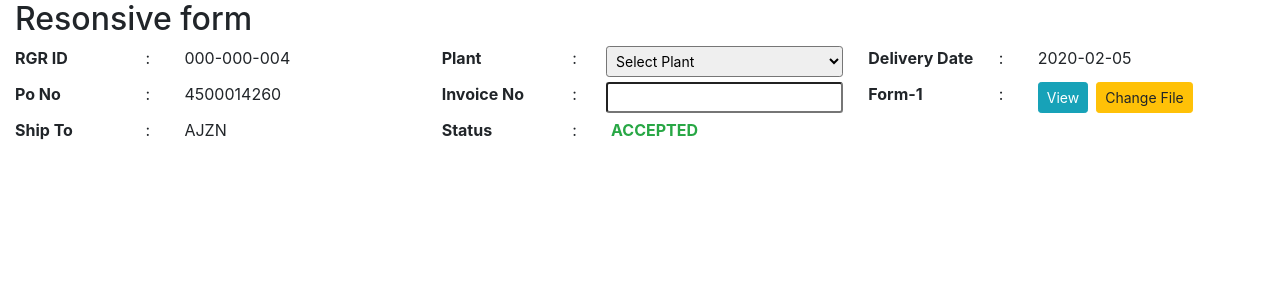
Repository: karthikairasu/Others_work
Page: form.html
These files come from the project's save history. The page is drawn as it stood at one moment and after the next save; the edit follows.
The browser window is 1280 px wide. The pictures show the whole page.

Above is the page before, as saved 2020-06-28 20:21:18.

### form.html
<!DOCTYPE html>
<html lang="en">
  <head>
    <title>Bootstrap Example</title>
    <meta charset="utf-8" />
    <meta name="viewport" content="width=device-width, initial-scale=1" />
    <link
      rel="stylesheet"
      href="https://maxcdn.bootstrapcdn.com/bootstrap/4.5.0/css/bootstrap.min.css"
    />
    <script src="https://ajax.googleapis.com/ajax/libs/jquery/3.5.1/jquery.min.js"></script>
    <script src="https://cdnjs.cloudflare.com/ajax/libs/popper.js/1.16.0/umd/popper.min.js"></script>
    <script src="https://maxcdn.bootstrapcdn.com/bootstrap/4.5.0/js/bootstrap.min.js"></script>
  </head>
  <body>
    <div class="container-fluid">
      <h2>Resonsive form</h2>
      <form class="" action="">
        <div class="row">
          <div class="col-md-4 col-sm-6 col-12">
            <div class="form-row">
              <label class="col-md-4 col-sm-4 col-4"><b>RGR ID</b></label>
              <label class="col-md-1 col-sm-1 col-1 px-0">:</label>
              <label class="col-md-7 col-sm-7 col-7" id="RGR_ID"
                >000-000-004
              </label>
            </div>
            <div class="form-row py-1">
              <label class="col-md-4 col-sm-4 col-4"><b>Po No</b></label>
              <label class="col-md-1 col-sm-1 col-1 px-0">:</label>
              <label class="col-md-7 col-sm-7 col-7" id="Po_No"
                >4500014260
              </label>
            </div>
            <div class="form-row">
              <label class="col-md-4 col-sm-4 col-4"><b>Ship To</b></label>
              <label class="col-md-1 col-sm-1 col-1 px-0">:</label>
              <label class="col-md-7 col-sm-7 col-7" id="Ship_To">AJZN </label>
            </div>
          </div>
          <div class="col-md-4 col-sm-6 col-12">
            <div class="form-row">
              <label class="col-md-4 col-sm-4 col-4"><b>Plant</b></label>
              <label class="col-md-1 col-sm-1 col-1 px-0">:</label>
              <select
                class="form-control-sm col-md-7 col-sm-7 col-7"
                name="plant"
                style="width: 60%;"
                required=""
              >
                <option value="">Select Plant</option>

                <option value="Riyadh">Riyadh</option>

                <option value="Jeddha">Jeddha</option>

                <option value="Dammam">Dammam</option>

                <option value="PMAH ">PMAH </option>
              </select>
            </div>
            <div class="form-row py-1">
              <label class="col-md-4 col-sm-4 col-4"><b>Invoice No</b></label>
              <label class="col-md-1 col-sm-1 col-1 px-0">:</label>
              <input
                type="text"
                class="form-control-sm col-md-7 col-sm-7 col-7"
                id="Invoice_No"
              />
            </div>
            <div class="form-row">
              <label class="col-md-4 col-sm-4 col-4"><b>Status</b></label>
              <label class="col-md-1 col-sm-1 col-1 px-0">:</label>
              <label class="col-md-7 col-sm-7 col-7 text-success" id="Status"
                ><b>ACCEPTED</b></label
              >
            </div>
          </div>
          <div class="col-md-4 col-sm-6 col-12">
            <div class="form-row">
              <label class="col-md-4 col-sm-4 col-4"
                ><b>Delivery Date</b></label
              >
              <label class="col-md-1 col-sm-1 col-1 px-0">:</label>
              <label class="col-md-7 col-sm-7 col-7" id="Delivery Date"
                >2020-02-05
              </label>
            </div>
            <div class="form-row py-1">
              <label class="col-md-4 col-sm-4 col-4"><b>Form-1</b></label>
              <label class="col-md-1 col-sm-1 col-1 px-0">:</label>
              <label class="col-md-7 col-sm-7 col-7 d-flex" id="form_1">
                <button class="btn btn-info btn-sm">View</button>&ensp;
                <button class="btn btn-warning btn-sm">Change File</button>
              </label>
            </div>
          </div>
        </div>
      </form>
    </div>
  </body>
</html>

After the next save:
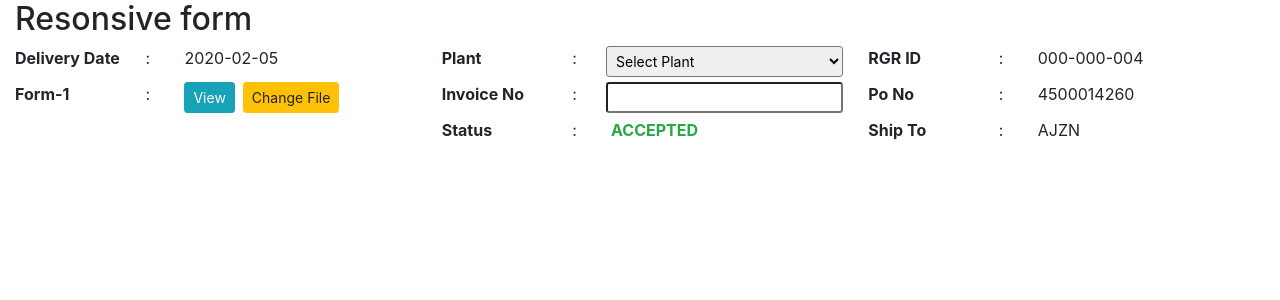
Saved 36 s later.
--- a/form.html
+++ b/form.html
@@ -17,7 +17,7 @@
       <h2>Resonsive form</h2>
       <form class="" action="">
         <div class="row">
-          <div class="col-md-4 col-sm-6 col-12">
+          <div class="col-md-4 col-sm-6 col-12 order-2">
             <div class="form-row">
               <label class="col-md-4 col-sm-4 col-4"><b>RGR ID</b></label>
               <label class="col-md-1 col-sm-1 col-1 px-0">:</label>
@@ -38,7 +38,7 @@
               <label class="col-md-7 col-sm-7 col-7" id="Ship_To">AJZN </label>
             </div>
           </div>
-          <div class="col-md-4 col-sm-6 col-12">
+          <div class="col-md-4 col-sm-6 col-12 order-1">
             <div class="form-row">
               <label class="col-md-4 col-sm-4 col-4"><b>Plant</b></label>
               <label class="col-md-1 col-sm-1 col-1 px-0">:</label>
